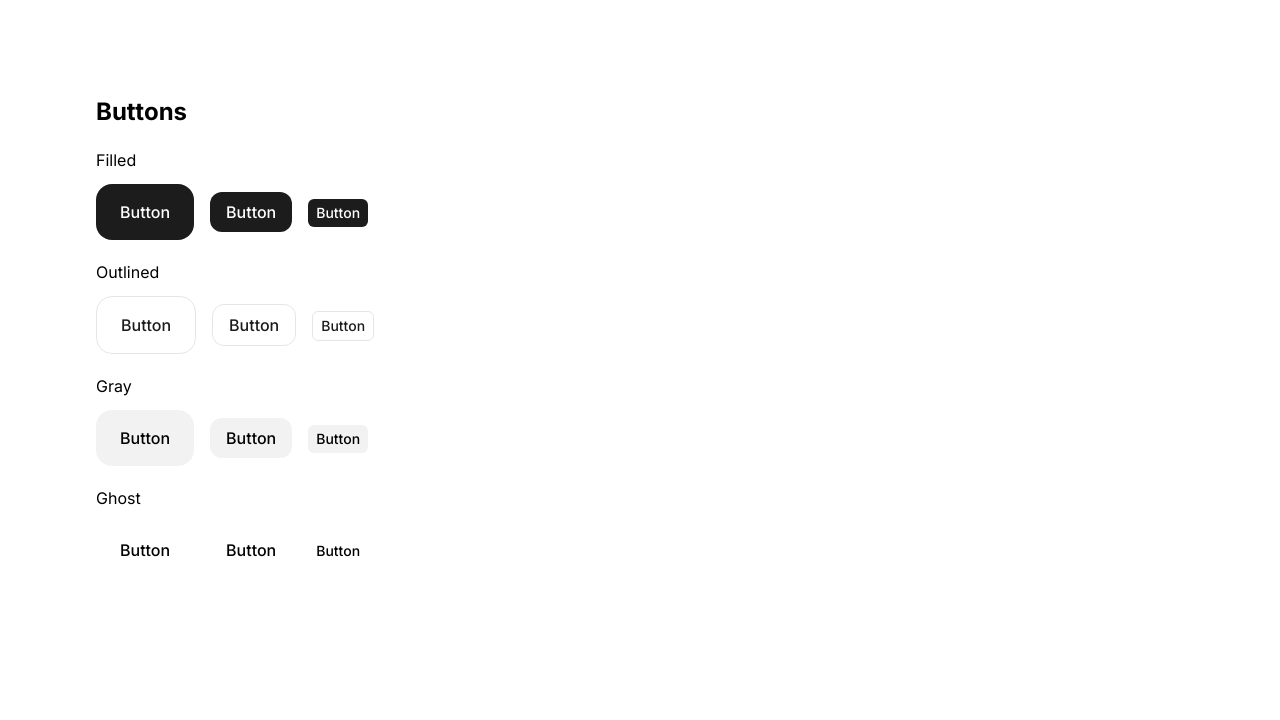
Repository: ggonzaga29/polarized-dashboard
Page: /
An editor plug-in stored every save of this project. The page is shown before and after the next save, followed by the edit.
The browser window is 1280 px wide. The pictures show the whole page.
The project was rebuilt for these pictures with package versions that can differ from the ones it lists, and the page was loaded fresh each time. The framework's server and built-in components were replaced by stand-ins that run in the browser. Also part of the build but not shown: next.config.js.

Above is the page before, as saved 2023-08-04 00:43:07.

After the next save:
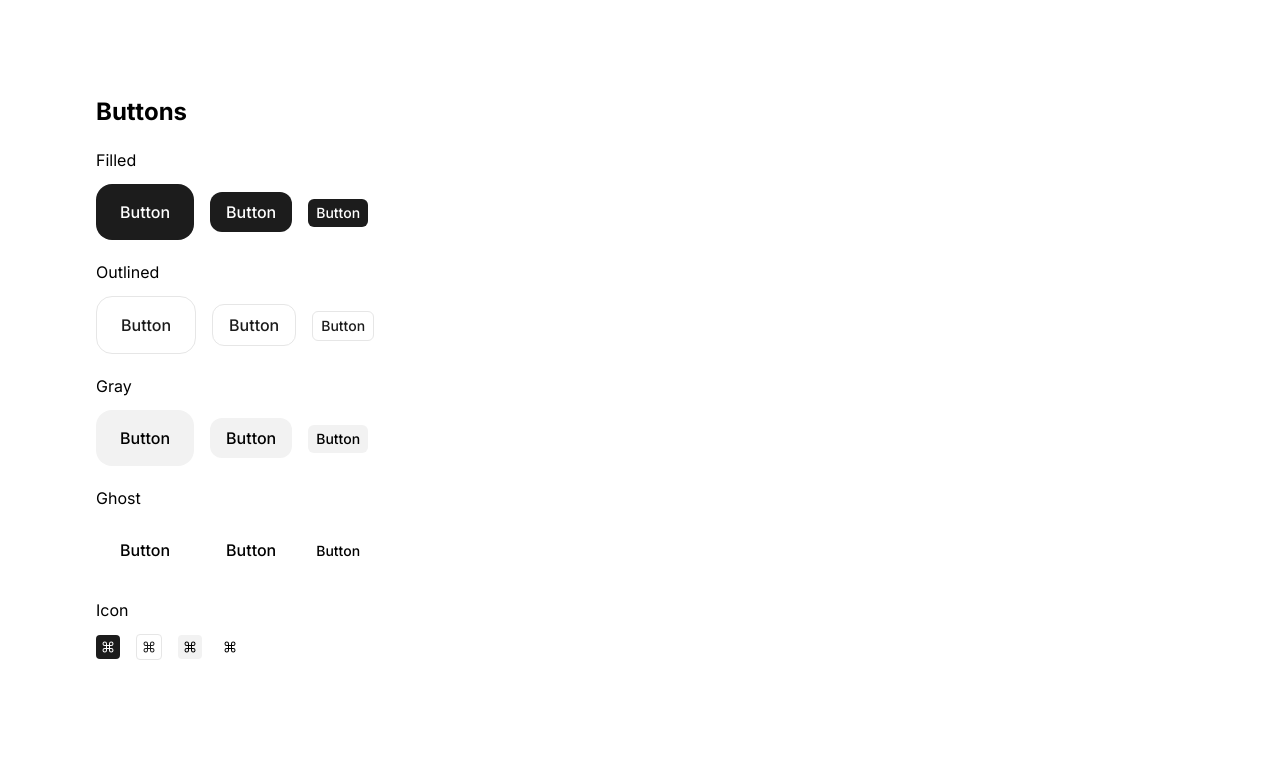
Saved 33 s later.
--- a/src/app/page.jsx
+++ b/src/app/page.jsx
@@ -5,7 +5,7 @@ import { Command } from '@phosphor-icons/react';
 export default function Home() {
   return (
     <main className="min-h-screen flex-col items-center justify-between p-24 space-y-5">
-			<h1 className='text-2xl font-bold'>Buttons</h1>
+      <h1 className="text-2xl font-bold">Buttons</h1>
       <div>
         <h2>Filled</h2>
         <div className="space-x-4 mt-3">
@@ -62,6 +62,23 @@ export default function Home() {
           </Button>
         </div>
       </div>
+      <div>
+        <h2>Icon</h2>
+        <div className="space-x-4 mt-3">
+          <Button variant="filled" size="icon">
+            <Command />
+          </Button>
+          <Button variant="outlined" size="icon">
+            <Command />
+          </Button>
+          <Button variant="gray" size="icon">
+            <Command />
+          </Button>
+          <Button variant="ghost" size="icon">
+            <Command />
+          </Button>
+        </div>
+      </div>
     </main>
   );
 }
